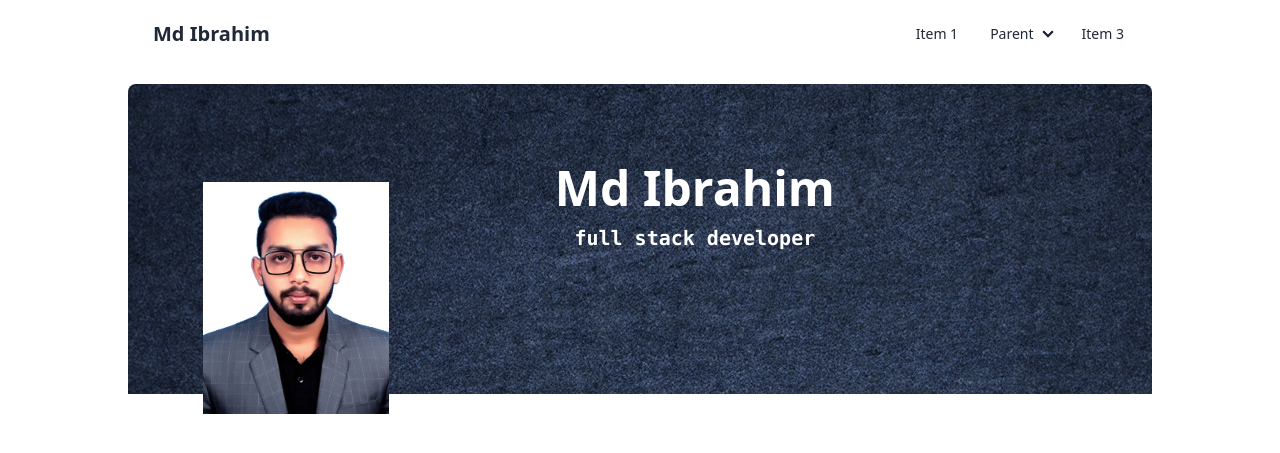
Repository: mdrubel02/portfilo
Page: /
An editor plug-in stored every save of this project. The page is shown before and after the next save, followed by the edit.
The browser window is 1280 px wide. The pictures show the whole page.
The project was rebuilt for these pictures with package versions that can differ from the ones it lists, and the page was loaded fresh each time. Also part of the build but not shown: vite.config.js.

Above is the page before, as saved 2023-06-25 14:24:37.

### src/main.jsx
import React from 'react'
import ReactDOM from 'react-dom/client'
import './index.css'
import { RouterProvider } from 'react-router-dom'
import router from './Layout/routes'



ReactDOM.createRoot(document.getElementById('root')).render(
  <React.StrictMode>
    <div className='max-w-screen-lg mx-auto'>
      <RouterProvider router={router} />
    </div>
  </React.StrictMode>,
)

### src/Layout/routes.jsx
import { createBrowserRouter } from "react-router-dom";
import Main from "./Main";
import Home from "../Pages/Home/Home";


const router = createBrowserRouter([
  {
    path: "/",
    element: <Main />,
    children: [
      { path: '/', element: <Home /> },
      { path: '/home', element: <Home /> }
    ]
  }
]);

export default router;

### src/Layout/Main.jsx
import React from 'react';
import Navbar from '../Shared/Navbar/Navbar';
import { Outlet } from 'react-router-dom';

const Main = () => {
    return (
        <div className=''>
            <Navbar />
            <Outlet />
        </div>
    );
};

export default Main;

### src/Pages/Home/Home.jsx
import React from 'react';
import profile from '../../assets/nayeem.jpg'
import banner from '../../assets/background-image.jpg'


const Home = () => {
    return (
        <div className='mt-3'>
            <div
             style={{backgroundImage: `url(${banner})`}}
            className='lg:h-[310px] max-[600px]:h-[450px relative rounded-t-lg'>
                    <div className='lg:flex mt-4'>
                        <div className='lg:w-5/12 flex justify-center items-center '>
                            <img className=' lg:h-3/4 max-[600px]:h-60 lg:absolute lg:bottom-[-20px] lg:left-[75px] mt-9 ' src={profile} alt="profile" />
                        </div>
                        <div className='lg:w-1/2 flex justify-start items-center '>
                            <div className='mt-20 w-auto'>
                                <h3 className='text-5xl text-white font-extrabold font-sans tracking-normal'>Md Ibrahim</h3>
                                <p className='text-center mt-3 text-xl text-white font-bold font-mono'>full stack developer</p>
                            </div>
                        </div>
                    </div>
            </div>
        </div>
    );
};

export default Home;

### src/Shared/Navbar/Navbar.jsx
import React from 'react';

const Navbar = () => {
    return (
        <div className="navbar bg-base-100 ">
            <div className="navbar-start">
            <div className="dropdown ">
                    <label tabIndex={0} className="btn btn-ghost lg:hidden">
                        <svg xmlns="http://www.w3.org/2000/svg" className="h-5 w-5" fill="none" viewBox="0 0 24 24" stroke="currentColor"><path strokeLinecap="round" strokeLinejoin="round" strokeWidth="2" d="M4 6h16M4 12h8m-8 6h16" /></svg>
                    </label>
                    <ul tabIndex={0} className="menu menu-sm dropdown-content mt-3 z-[1] p-2 shadow bg-base-100 rounded-box w-52">
                        <li><a>Item 1</a></li>
                        <li>
                            <a>Parent</a>
                            <ul className="p-2">
                                <li><a>Submenu 1</a></li>
                                <li><a>Submenu 2</a></li>
                            </ul>
                        </li>
                        <li><a>Item 3</a></li>
                    </ul>
                </div>
                <a className="btn btn-ghost normal-case text-xl">Md Ibrahim</a>
            </div>
            <div className="navbar-end hidden lg:flex">
                <ul className="menu menu-horizontal px-1">
                    <li><a>Item 1</a></li>
                    <li tabIndex={0}>
                        <details>
                            <summary>Parent</summary>
                            <ul className="p-2">
                                <li><a>Submenu 1</a></li>
                                <li><a>Submenu 2</a></li>
                            </ul>
                        </details>
                    </li>
                    <li><a>Item 3</a></li>
                </ul>
            </div>


        </div>
    );
};

export default Navbar;

Loaded but not shown: index.html (common file); src/index.css (common file); tailwind.config.js (common file)

After the next save:
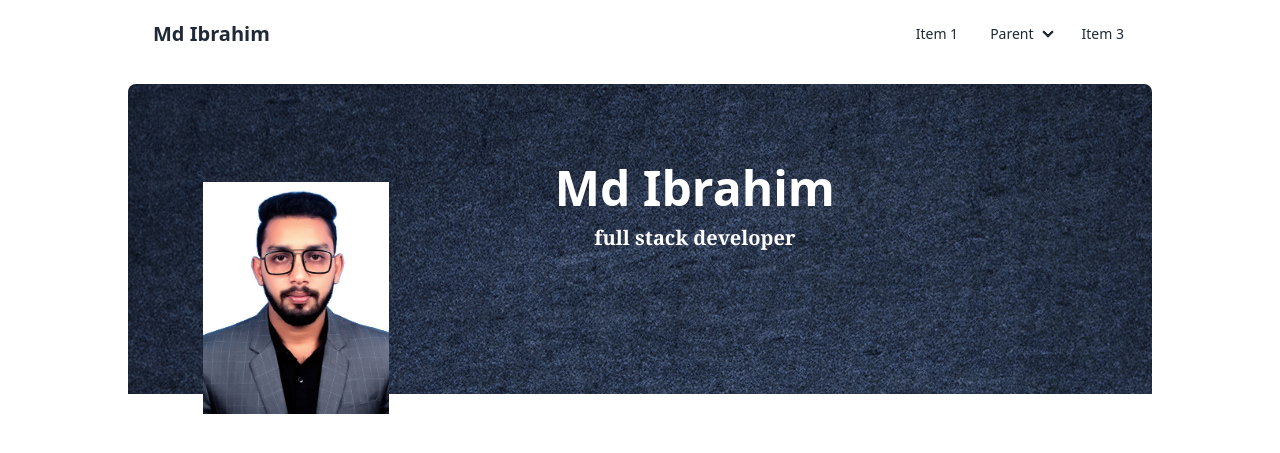
Saved 15 s later.
--- a/src/Pages/Home/Home.jsx
+++ b/src/Pages/Home/Home.jsx
@@ -16,7 +16,7 @@ const Home = () => {
                         <div className='lg:w-1/2 flex justify-start items-center '>
                             <div className='mt-20 w-auto'>
                                 <h3 className='text-5xl text-white font-extrabold font-sans tracking-normal'>Md Ibrahim</h3>
-                                <p className='text-center mt-3 text-xl text-white font-bold font-mono'>full stack developer</p>
+                                <p className='text-center mt-3 text-xl text-white font-bold font-serif'>full stack developer</p>
                             </div>
                         </div>
                     </div>
